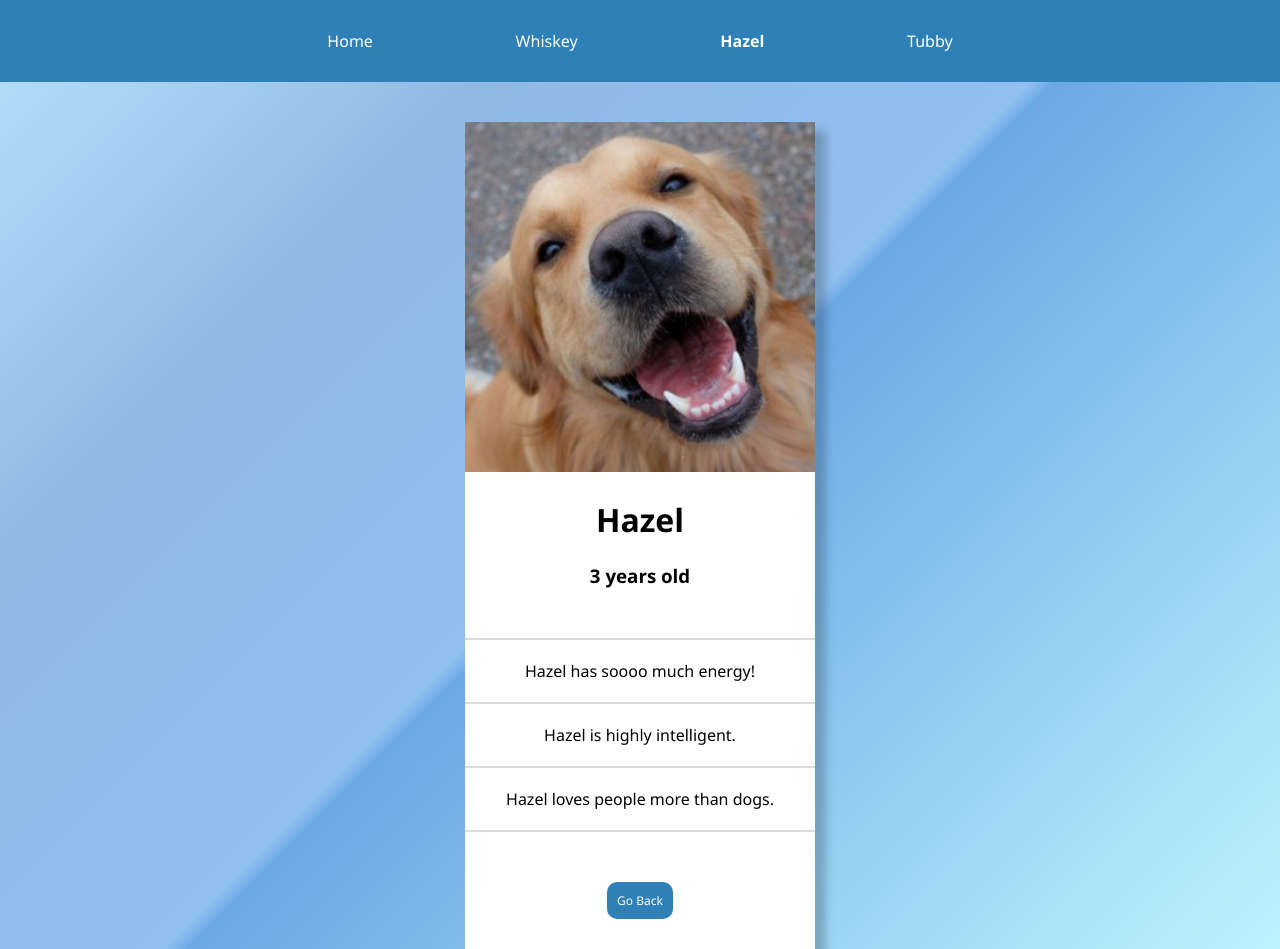
Repository: johnmutina/dog-finder
Page: /dogs/Hazel
These files come from the project's save history. The page is drawn as it stood at one moment and after a run of saves; the edit follows.
The browser window is 1280 px wide. The pictures show the whole page.
The project was rebuilt for these pictures with package versions that can differ from the ones it lists, and the page was loaded fresh each time. Also part of the build but not shown: src/DogFinder.css, src/DogFinder.js.

Above is the page before, as saved 2019-07-28 16:06:43.

### src/App.js
import React, { Component } from "react";
import { Switch, Route, NavLink, Redirect } from "react-router-dom";
import DogFinder from "./DogFinder";
import Dog from "./Dog";
import "./App.css";

// Import all images in image folder
function importAll(r) {
  let images = {};
  r.keys().map((item, index) => {
    images[item.replace("./", "")] = r(item);
  });
  return images;
}

const images = importAll(
  require.context("./assets", false, /\.(gif|jpe?g|svg)$/)
);

class App extends Component {
  static defaultProps = {
    dogs: [
      {
        name: "Whiskey",
        age: 5,
        src: images["whiskey.jpg"],
        facts: [
          "Whiskey loves eating popcorn.",
          "Whiskey is a terrible guard dog.",
          "Whiskey wants to cuddle with you!"
        ]
      },
      {
        name: "Hazel",
        age: 3,
        src: images["hazel.jpg"],
        facts: [
          "Hazel has soooo much energy!",
          "Hazel is highly intelligent.",
          "Hazel loves people more than dogs."
        ]
      },
      {
        name: "Tubby",
        age: 4,
        src: images["tubby.jpg"],
        facts: [
          "Tubby is not the brightest dog",
          "Tubby does not like walks or exercise.",
          "Tubby loves eating food."
        ]
      }
    ]
  };

  render() {
    return (
      <div className="App">
        {/* NAVBAR */}
        <div className="App-navbar">
          <NavLink exact to="/dogs" activeClassName="App-active-navlink">
            Home
          </NavLink>
          {this.props.dogs.map(dog => (
            <NavLink
              exact
              key={dog.name}
              to={`/dogs/${dog.name}`}
              activeClassName="App-active-navlink"
            >
              {dog.name}
            </NavLink>
          ))}
        </div>

        {/* ROUTES SETUP */}

        <Switch>
          <Route
            exact
            path="/dogs"
            render={routeProps => (
              <DogFinder dogs={this.props.dogs} {...routeProps} />
            )}
          />
          <Route
            exact
            path="/dogs/:name"
            render={routeProps => (
              <Dog
                {...this.props.dogs.filter(
                  dog => dog.name === routeProps.match.params.name
                )[0]}
                {...routeProps}
              />
            )}
          />
          <Route render={() => <Redirect to="/dogs" />} />
        </Switch>
      </div>
    );
  }
}

export default App;

### src/Dog.js
import React, { Component } from "react";
import "./Dog.css";

class Dog extends Component {
  render() {
    return (
      <div className="Dog">
        <img src={this.props.src} alt={`${this.props.name}`} />
        <h1>{this.props.name}</h1>
        <h3>{this.props.age} years old</h3>
        <ul>
          {this.props.facts.map(fact => (
            <li>{fact}</li>
          ))}
        </ul>
        <button onClick={this.props.history.goBack}>Go Back</button>
      </div>
    );
  }
}

export default Dog;

### src/App.css
* {
  font-family: "Segoe UI", Tahoma, Geneva, Verdana, sans-serif;
}

.App {
  min-height: 100vh;
  text-align: center;
  background: #b8e1fc; /* Old browsers */
  background: -moz-linear-gradient(
    -45deg,
    #b8e1fc 0%,
    #a9d2f3 10%,
    #90bae4 25%,
    #90bcea 37%,
    #90bff0 50%,
    #6ba8e5 51%,
    #a2daf5 83%,
    #bdf3fd 100%
  ); /* FF3.6-15 */
  background: -webkit-linear-gradient(
    -45deg,
    #b8e1fc 0%,
    #a9d2f3 10%,
    #90bae4 25%,
    #90bcea 37%,
    #90bff0 50%,
    #6ba8e5 51%,
    #a2daf5 83%,
    #bdf3fd 100%
  ); /* Chrome10-25,Safari5.1-6 */
  background: linear-gradient(
    135deg,
    #b8e1fc 0%,
    #a9d2f3 10%,
    #90bae4 25%,
    #90bcea 37%,
    #90bff0 50%,
    #6ba8e5 51%,
    #a2daf5 83%,
    #bdf3fd 100%
  ); /* W3C, IE10+, FF16+, Chrome26+, Opera12+, Safari7+ */
  filter: progid:DXImageTransform.Microsoft.gradient( startColorstr='#b8e1fc', endColorstr='#bdf3fd',GradientType=1 ); /* IE6-9 fallback on horizontal gradient */
}
.App-navbar {
  display: flex;
  background-color: #2e80b6;
  justify-content: space-around;
  padding: 30px 20%;
}

.App-navbar > * {
  color: white;
  text-decoration: none;
  text-transform: capitalize;
}

.App-navbar > *:hover {
  text-decoration: underline;
  font-weight: bolder;
}

.App-active-navlink {
  font-weight: bold;
}

### src/Dog.css
.Dog {
  width: 60%;
  max-width: 350px;
  margin: 40px auto 0 auto;
  background: white;
  -webkit-box-shadow: 10px 10px 8px 1px rgba(0, 0, 0, 0.2);
  -moz-box-shadow: 10px 10px 8px 1px rgba(0, 0, 0, 0.2);
  box-shadow: 10px 10px 8px 1px rgba(0, 0, 0, 0.2);
}

.Dog img {
  width: 100%;
}

.Dog ul {
  list-style: none;
  padding-left: 0;
  margin: 50px 0;
  width: 100%;
}

.Dog ul li {
  /* margin: 20px 0; */
  padding: 20px;
  border-top: 2px solid rgb(220, 220, 220);
}

.Dog ul li:last-child {
  border-bottom: 2px solid rgb(220, 220, 220);
}

.Dog button {
  margin-bottom: 30px;
  padding: 10px;
  background-color: #2e80b6;
  color: white;
  font-size: 12px;
  border: none;
  border-radius: 10px;
  transition: all 0.2s ease-in-out;
}

.Dog button:hover {
  cursor: pointer;
  background-color: #134e76;
}

Loaded but not shown: public/index.html (common file); src/index.js (common file); src/index.css (common file); src/serviceWorker.js (common file)

After the next 2 saves:
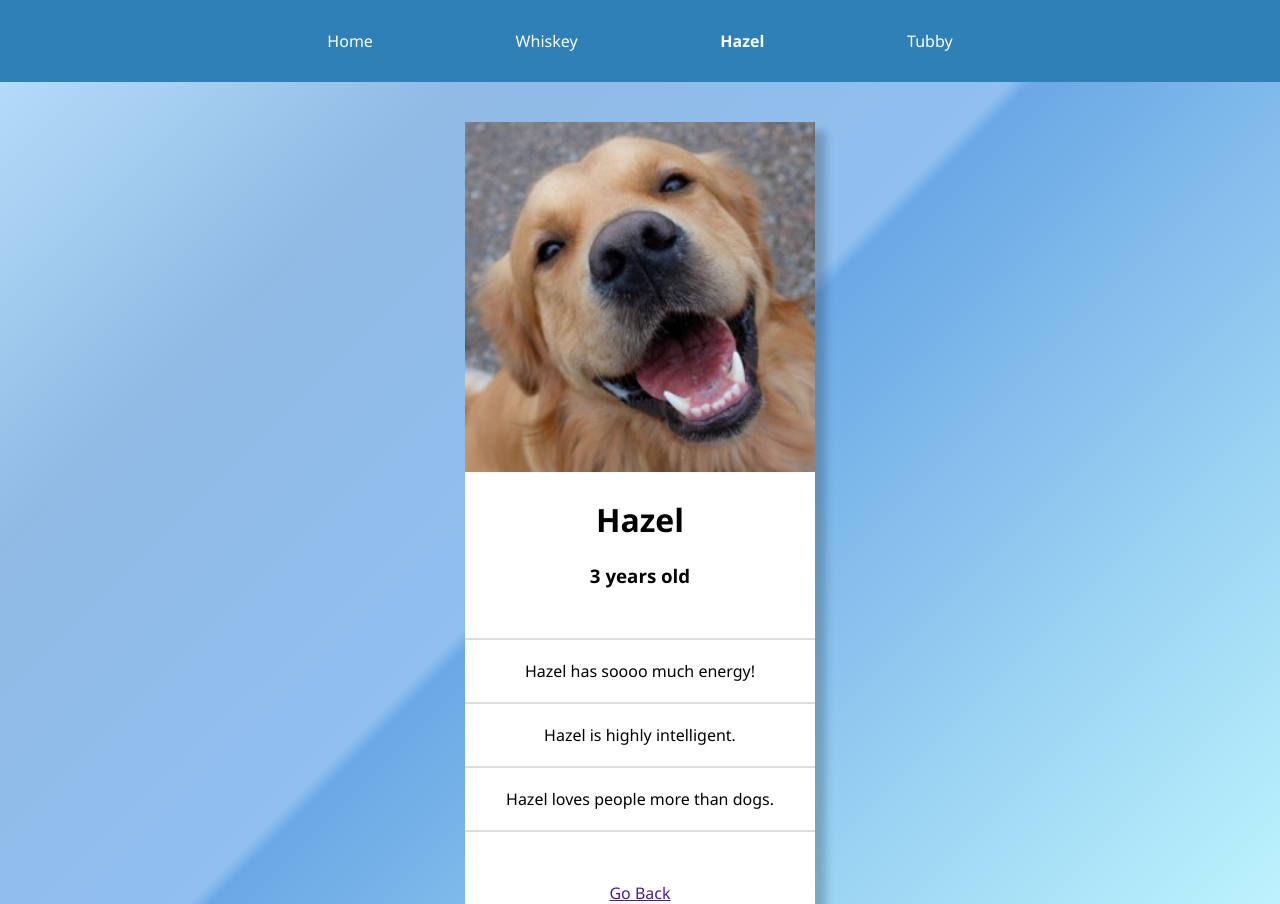
The 2 saves are shown as one change because 1 did not build or start.
The last was saved 19 min 51 s later.
--- a/src/Dog.js
+++ b/src/Dog.js
@@ -1,4 +1,5 @@
 import React, { Component } from "react";
+import { Link } from "react-router-dom";
 import "./Dog.css";
 
 class Dog extends Component {
@@ -13,7 +14,7 @@ class Dog extends Component {
             <li>{fact}</li>
           ))}
         </ul>
-        <button onClick={this.props.history.goBack}>Go Back</button>
+        <Link onClick={this.props.history.goBack}>Go Back</Link>
       </div>
     );
   }
